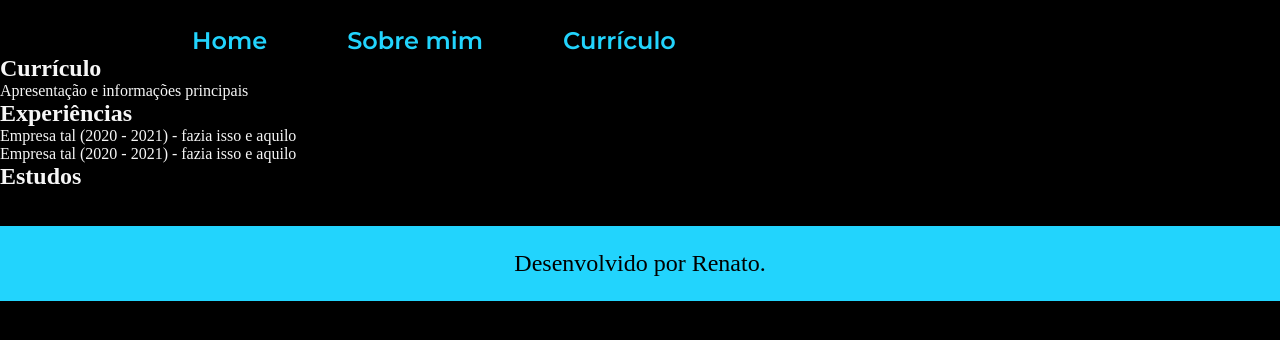
Repository: RenatoCCS/Portfolio_Alura
Page: curriculo.html
These files come from the project's save history. The page is drawn as it stood at one moment and after the next save; the edit follows.
The browser window is 1280 px wide. The pictures show the whole page.

Above is the page before, as saved 2023-03-06 15:06:25.

After the next save:
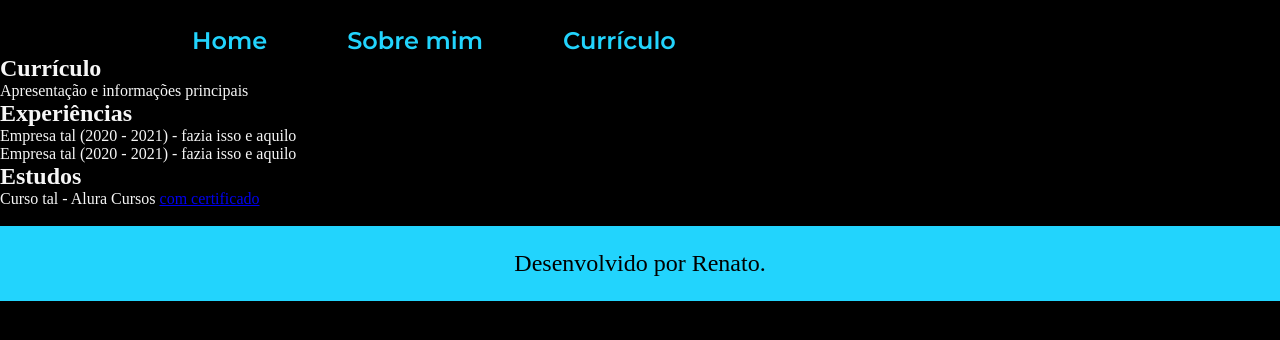
Saved 13 s later.
--- a/curriculo.html
+++ b/curriculo.html
@@ -33,7 +33,7 @@
         <h2>Estudos</h2>
         <p>
           <ul>
-            <li></li>
+            <li>Curso tal - Alura Cursos <a href="linkdocertificado">com certificado</a></li>
             <li></li>
           </ul>
         </p>
